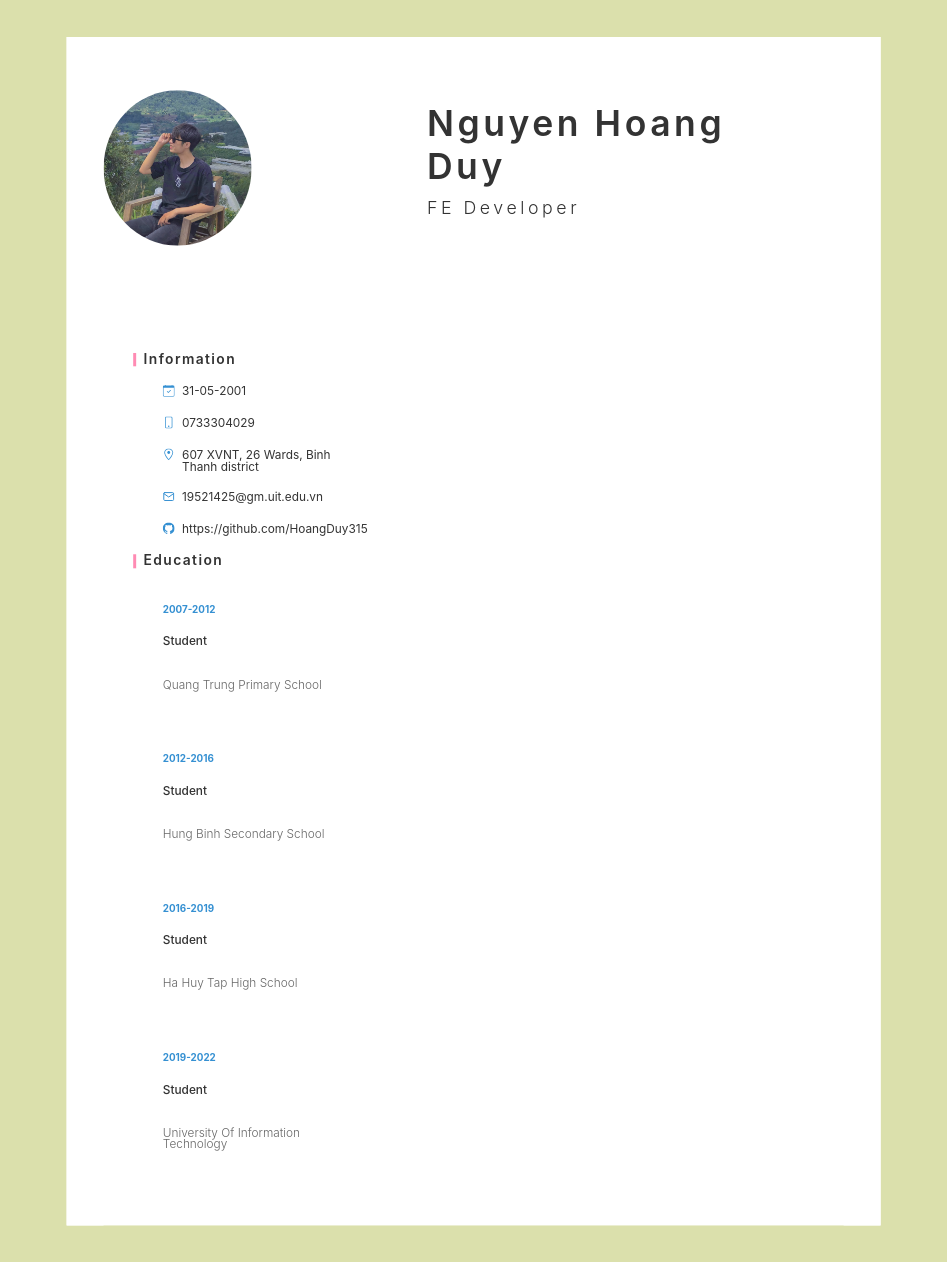
Repository: HoangDuy315/HW_TVK
Page: / (app in hw3cv/)
The author's editor kept a copy of each file at every save. The page is drawn from the files as they stood at one save, then again after the next save.
The browser window is 1280 px wide. The pictures show the whole page, at 74% of full size.
The project was rebuilt for these pictures with package versions that can differ from the ones it lists, and the page was loaded fresh each time. Also part of the build but not shown: hw3cv/src/App.css.

Above is the page before, as saved 2022-11-02 12:16:44.

### hw3cv/src/App.js
import "./App.css";
import Cv from "./components/Cv";

function App() {
  return (
    <>
      <Cv />
    </>
  );
}

export default App;

### hw3cv/src/components/Cv.jsx
import React from "react";
import "./Cv.css";
import logo from "../assets/123.JPG";
import { BsCalendarCheck, BsPhone } from "react-icons/bs";
import { GoLocation } from "react-icons/go";
import { FiMail } from "react-icons/fi";
import { BsGithub } from "react-icons/bs";

const Cv = () => {
  return (
    <div className="bdy">
      <div className="container">
        <div className="top">
          <div className="imgbx">
            <div className="box">
              <img src={logo} className="duy" alt="" />
            </div>
          </div>
          <div className="profile">
            <h3>
              Nguyen Hoang Duy <br /> <span>FE Developer</span>
            </h3>
          </div>

          <div className="contentBox">
            <div className="leftSide">
              <h3>Information</h3>
              <ul>
                <li>
                  <span className="icon">
                    <BsCalendarCheck />
                  </span>
                  <span className="text">31-05-2001</span>
                </li>
                <li>
                  <span className="icon">
                    <BsPhone />
                  </span>
                  <span className="text">0733304029</span>
                </li>
                <li>
                  <span className="icon">
                    <GoLocation />
                  </span>
                  <span className="text">
                    607 XVNT, 26 Wards, Binh Thanh district
                  </span>
                </li>
                <li>
                  <span className="icon">
                    <FiMail />
                  </span>
                  <span className="text">19521425@gm.uit.edu.vn</span>
                </li>
                <li>
                  <span className="icon">
                    <BsGithub />
                  </span>
                  <span className="text">https://github.com/HoangDuy315</span>
                </li>
              </ul>

              <h3>Education</h3>
              <ul className="education">
                <li>
                  <h5>2007-2012</h5>
                  <h4>Student</h4>
                  <h6>Quang Trung Primary School</h6>
                </li>
                <li>
                  <h5>2012-2016</h5>
                  <h4>Student</h4>
                  <h6>Hung Binh Secondary School</h6>
                </li>
                <li>
                  <h5>2016-2019</h5>
                  <h4>Student</h4>
                  <h6>Ha Huy Tap High School</h6>
                </li>
                <li>
                  <h5>2019-2022</h5>
                  <h4>Student</h4>
                  <h6>University Of Information Technology</h6>
                </li>
              </ul>
            </div>
          </div>
        </div>
      </div>
    </div>
  );
};

export default Cv;

### hw3cv/src/components/Cv.css
body {
  background: rgb(219, 224, 172);
}

#toggle {
  position: fixed;
  top: 20px;
  right: 20px;
  width: 60px;
  height: 60px;
  background: #03a9f4;
  cursor: pointer;
  display: flex;
  justify-content: center;
  align-items: center;
}

#toggle::before {
  content: "";
  position: absolute;
  width: 28px;
  height: 2px;
  background: #fff;
  transform: translateY(-5px);
  transition: 0.2s;
}

#toggle::after {
  content: "";
  position: absolute;
  width: 28px;
  height: 2px;
  background: #fff;
  transform: translateY(5px);
  transition: 0.2s;
}

#toggle.active::before {
  transform: translateY(0px) rotate(45deg);
}

#toggle.active::after {
  transform: translateY(0px) rotate(-45deg);
}

#sidebar {
  position: fixed;
  top: 0;
  left: -170px;
  width: 170px;
  height: 100vh;
  background: #ff8bb3;
  transition: 0.5s;
}

#sidebar.active {
  left: 0px;
}

#sidebar ul {
  position: relative;
  margin-top: 130px;
}

#sidebar ul li {
  list-style: none;
  display: inline-block;
  width: 100%;
  padding: 30px;
  margin-left: -35px;
  font-size: 18px;
  font-weight: bold;
  transition: all 0.5s ease;
}

#sidebar ul li:hover {
  transform: scale(1.3);
}

#sidebar ul li a {
  color: #fff;
  text-decoration: none;
  font-style: 1.5em;
  letter-spacing: 2px;
}

/* =========================================================== */
.bdy {
  display: flex;
  justify-content: center;
  align-items: center;
}

.container {
  position: relative;
  width: 100%;
  max-width: 1000px;
  background: #fff;
  margin: 50px;
  /* box-shadow: 0 50px 70px rgba(0, 0, 0, 0.1); */
  border-left: 50px solid #fff;
  border-right: 50px solid #fff;
}

.container .top {
  position: relative;
  display: grid;
  grid-template-columns: 1fr 2fr;
}

.container .top .imgbx {
  position: relative;
  width: 100%;
  display: flex;
  align-items: center;
}

.container .top .imgbx .box {
  position: relative;
  width: 70%;
  min-width: 200px;
  border-radius: 50%;
}

.container .contentBox {
  position: relative;
  display: grid;
  grid-template-columns: 1fr 2fr;
  padding: 0 40px 40px;
  margin-top: 50px;
}

.container .contentBox h3 {
  border-left: 4px solid #ff8bb3;
  padding-left: 10px;
  line-height: 1em;
  font-weight: 600;
  color: #333;
  letter-spacing: 0.1em;
}

.container .contentBox ul {
  position: relative;
  margin: 10px 0;
}

.container .contentBox ul li {
  list-style: none;
  margin: 25px 0;
  line-height: 1em;
  color: #333;
  cursor: pointer;
  display: flex;
}

.container .contentBox ul li ion-icon {
  font-size: 1.2em;
  margin-right: 10px;
  color: #3590d2;
}

.icon {
  color: #3590d2;
}

.text {
  margin-left: 10px;
}

.container .contentBox ul.education li {
  flex-direction: column;
  margin: 25px 0;
  line-height: -3px;
}
h5 {
  color: #3590d2;
}
h4 {
  color: #333;
  font-weight: 500;
  margin: 5px 0;
}
h6 {
  color: #666;
  font-weight: 300;
  font-size: 1em;
}
.language li {
  flex-direction: column;
}
.language li span {
  color: #333;
  font-size: 16px;
  font-weight: 500;
}
.language .percent {
  position: relative;
  width: 100%;
  background: #e3e3e3;
  height: 6px;
  margin-top: 15px;
  display: block;
  overflow: hidden;
}

.language .percent div {
  position: absolute;
  top: 0;
  left: 0;
  height: 100%;
  background: #3590d2;
}
.container .contentBox ul.interest {
  position: relative;
  display: grid;
  grid-template-columns: 1fr 1fr;
}
.container .contentBox ul.interest li {
  display: flex;
  align-items: center;
  gap: 10px;
  margin: 20px 0;
}
.container .contentBox ul.interest li .icon {
  position: relative;
  width: 40px;
  height: 40px;
  background: #3590d2;
  color: #fff;
  border-radius: 5px;
  display: flex;
  justify-content: center;
  align-items: center;
}
.container .contentBox ul.interest li .icon ion-icon {
  color: #fff;
  margin-right: 0;
}
p {
  font-style: 300;
}
.rightSide {
  padding-left: 100px;
}
.about .box {
  display: flex;
  flex-direction: row;
  margin: 20px;
}
.about .box .year_company {
  min-width: 150px;
  margin-bottom: 10px;
}
.about .box .year_company .h5:nth-child(1) {
  color: #3590d2;
}
.about .box .text h4 {
  color: #3590d2;
  font-size: 16px;
  margin: 0;
}

.about_skill .box {
  position: relative;
  width: 100%;
  display: grid;
  grid-template-columns: 150px 1fr;
  justify-content: center;
  align-items: center;
}
.about_skill .box h4 {
  color: #333;
  font-weight: 500;
  margin-bottom: 5px;
}
.about_skill .box .percent {
  position: relative;
  width: 100%;
  height: 10px;
  background: #e3e3e3;
}
.about_skill .box .percent div {
  position: relative;
  top: 0;
  left: 0;
  height: 100%;
  background: #3590d2;
}

.duy {
  color: blue;
  position: relative;
  width: 70%;
  min-width: 200px;
  border-radius: 50%;
  overflow: hidden;
}

.container .top .profile {
  position: relative;
  padding: 40px;
  display: flex;
  align-items: center;
}

.container .top .profile h3 {
  font-size: 3em;
  letter-spacing: 0.1em;
  line-height: 1.2em;
  font-weight: 600;
  color: #333;
}

.container .top .profile h3 span {
  position: relative;
  font-size: 0.5em;
  font-weight: 300;
  top: -10px;
}

Loaded but not shown: hw3cv/public/index.html (common file); hw3cv/src/index.js (common file); hw3cv/src/index.css (common file)

After the next save:
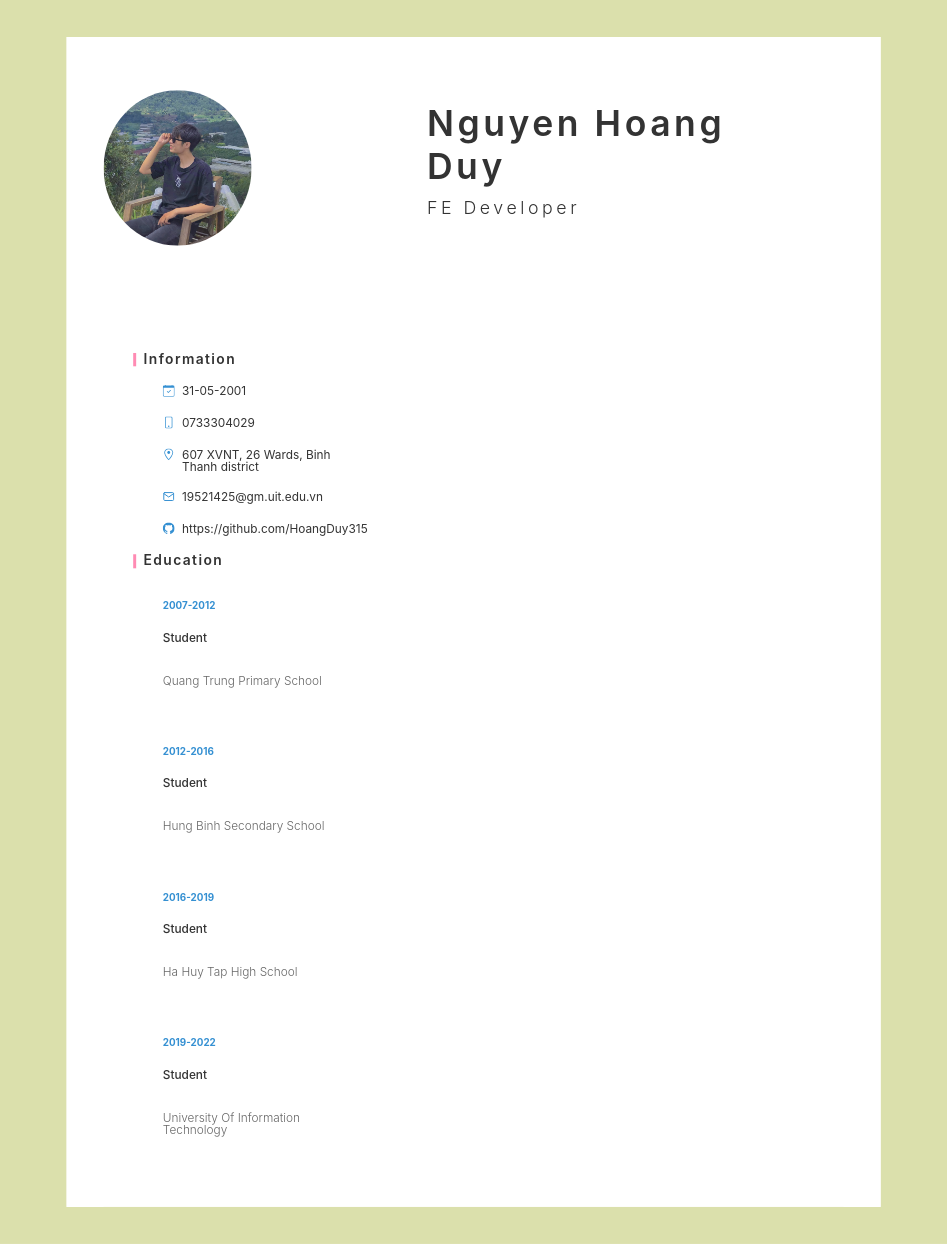
Saved 4 s later.
--- a/hw3cv/src/components/Cv.css
+++ b/hw3cv/src/components/Cv.css
@@ -169,7 +169,7 @@ body {
 
 .container .contentBox ul.education li {
   flex-direction: column;
-  margin: 25px 0;
+  margin: 20px 0;
   line-height: -3px;
 }
 h5 {
